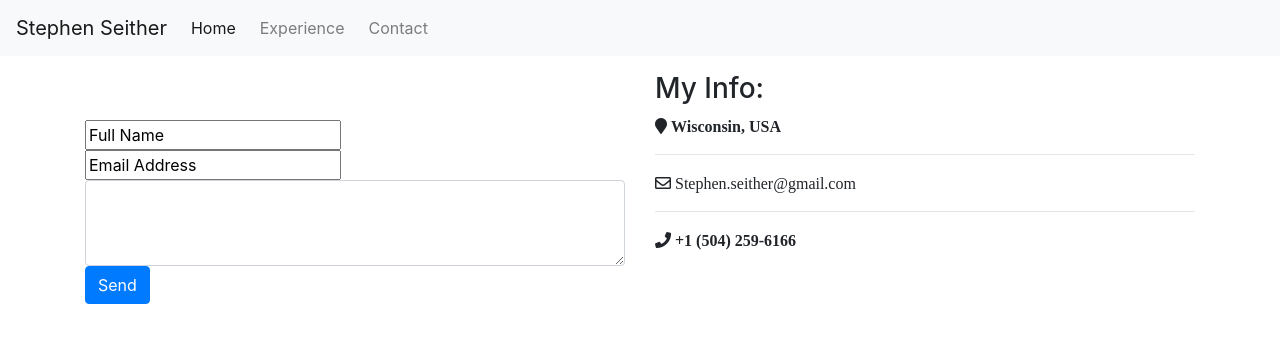
Repository: stephenseither/First-Milestone-Project
Page: contact.html
The author's editor kept a record of every edit. The page is drawn from the files as they stood at one moment, then again after the next edit.
The browser window is 1280 px wide. The pictures show the whole page.
Some web libraries are served in a nearby version.

Above is the page before.

### contact.html
<!DOCTYPE html>
<html lang="en">

<head>
    <meta charset="UTF-8">
    <meta name="viewport" content="width=device-width, initial-scale=1.0">
    <meta http-equiv="X-UA-Compatible" content="ie=edge">
    <link rel="stylesheet" href="https://stackpath.bootstrapcdn.com/bootstrap/4.3.1/css/bootstrap.min.css" integrity="sha384-ggOyR0iXCbMQv3Xipma34MD+dH/1fQ784/j6cY/iJTQUOhcWr7x9JvoRxT2MZw1T" crossorigin="anonymous">
    <link rel="stylesheet" href="https://use.fontawesome.com/releases/v5.10.2/css/all.css" integrity="sha384-rtJEYb85SiYWgfpCr0jn174XgJTn4rptSOQsMroFBPQSGLdOC5IbubP6lJ35qoM9" crossorigin="anonymous">
    <title>Document</title>
</head>

<body>
    <nav class="navbar navbar-light bg-light navbar-expand-sm">
        <a href="index.html" class="navbar-brand">Stephen Seither</a>
        <ul class="navbar-nav justify-content-end">
            <li class="active nav-item mr-2"><a class="nav-link" href="/index">Home</a></li>
            <li class="nav-item mr-2"><a class="nav-link" href="/experience">Experience</a></li>
            <li class="nav-item mr-2"><a class="nav-link" href="/contact">Contact</a></li>
        </ul>
    </nav>
    <div class="container mt-3">
        <div class="row">
            <div class="col-sm-6 col-md-6 my-5">
                <form>
                    <input type="text" name="fullname" value="Full Name">
                    <br>
                    <input type="text" name="email" value="Email Address">
                    <br>
                    <textarea name="message" class="form-control" id="form-message" rows="3"></textarea>
                    <button type="submit" class="btn btn-primary btn-submit">Send</button>
                </form>
            </div>
            <div class="col-sm-6 col-md-6">
                <h3>My Info:</h3>
                <i class="fa fa-map-marker" aria-hidden="true"> Wisconsin, USA</i>
                <hr>
                <i class="far fa-envelope"> Stephen.seither@gmail.com</i>
                <hr>
                <i class="fas fa-phone"> +1 (504) 259-6166</i>
            </div>
        </div>
    </div>
</body>

</html>

After the next edit:
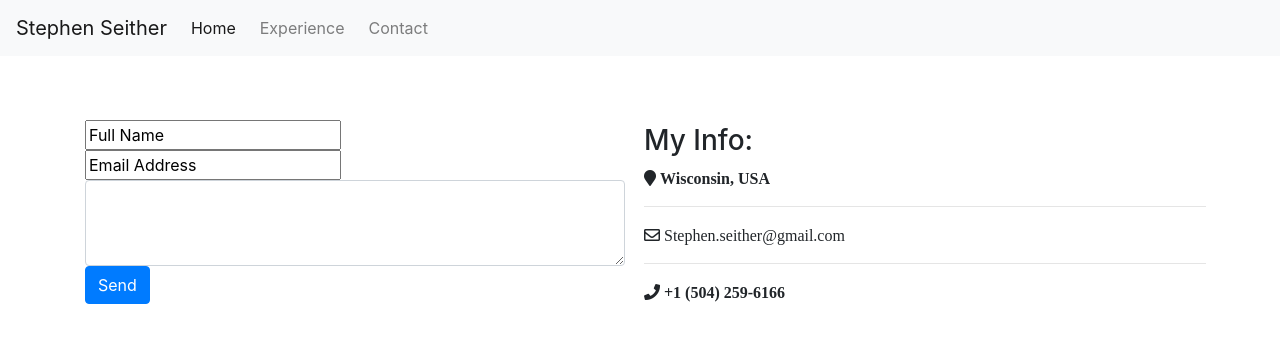
The edit:
--- a/contact.html
+++ b/contact.html
@@ -31,7 +31,7 @@
                     <button type="submit" class="btn btn-primary btn-submit">Send</button>
                 </form>
             </div>
-            <div class="col-sm-6 col-md-6">
+            <div class="col-sm-6 col-md-6 my-5 p-1">
                 <h3>My Info:</h3>
                 <i class="fa fa-map-marker" aria-hidden="true"> Wisconsin, USA</i>
                 <hr>
